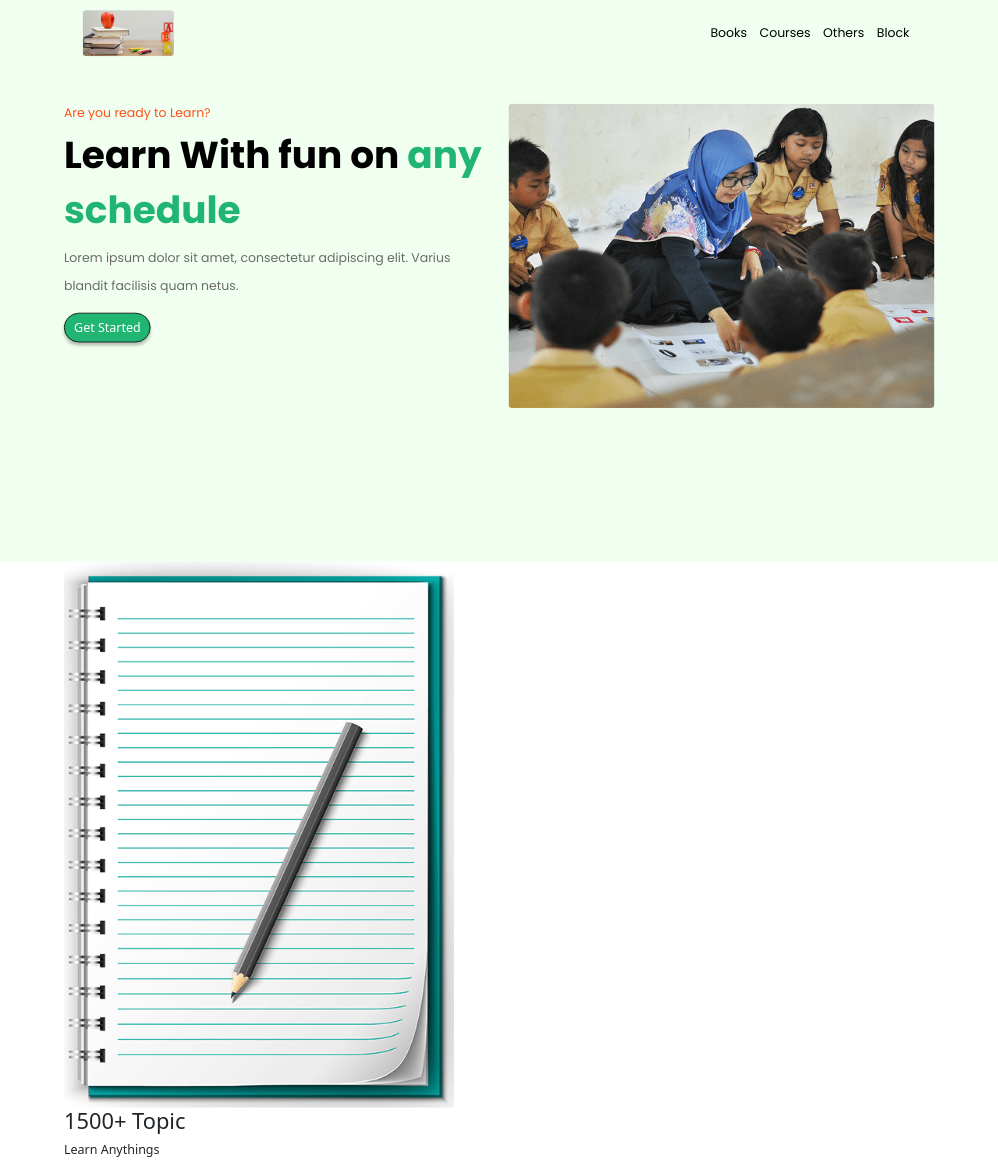
Repository: zjria/Figma-to-E-school
Page: index.html
These files come from the project's save history. The page is drawn as it stood at one moment and after the next save; the edit follows.
The browser window is 1280 px wide. The pictures show the whole page, at 78% of full size.
Some web libraries are served in a nearby version.

Above is the page before, as saved 2022-05-06 19:33:46.

After the next save:
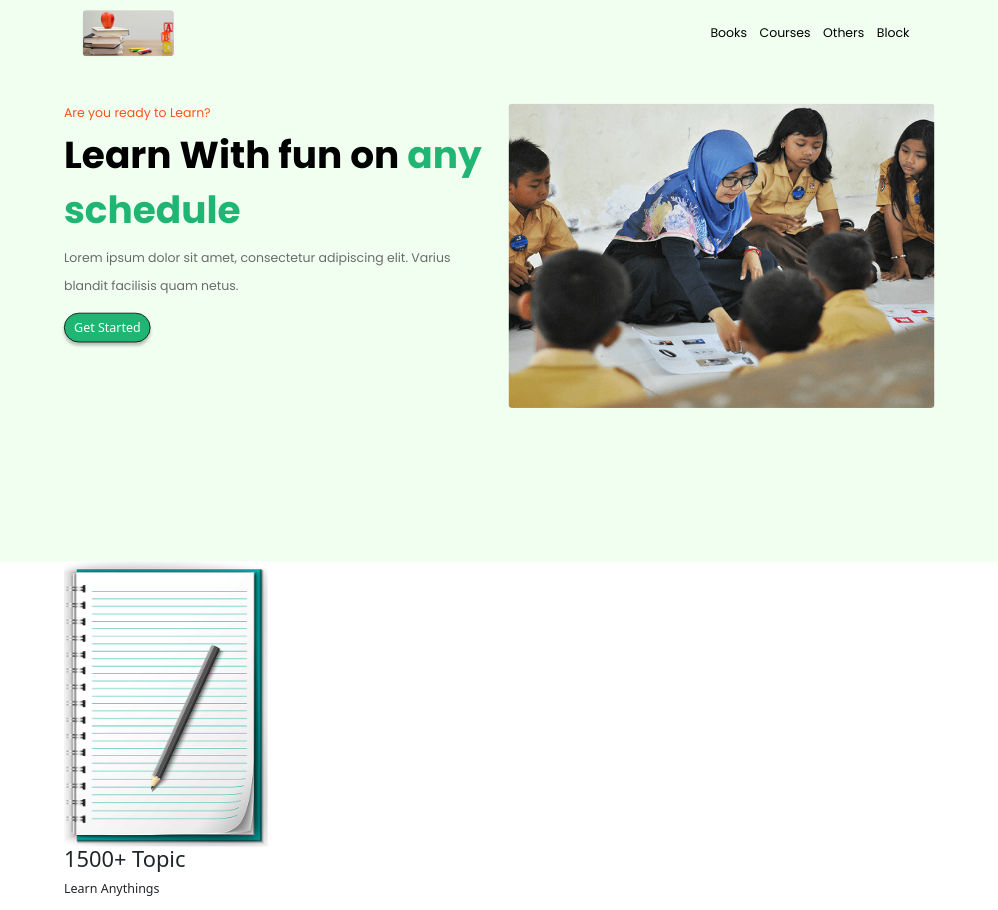
Saved 19 s later.
--- a/index.html
+++ b/index.html
@@ -68,7 +68,7 @@
         <div class="row">
           <div class="col-md-3">
             <div class="feature-content">
-              <img src="images/price-1.png" alt="">
+              <img src="images/price-1.png" class="img-fluid" alt="">
               <h3>1500+ Topic</h3>
               <p>Learn Anythings</p>
             </div>
